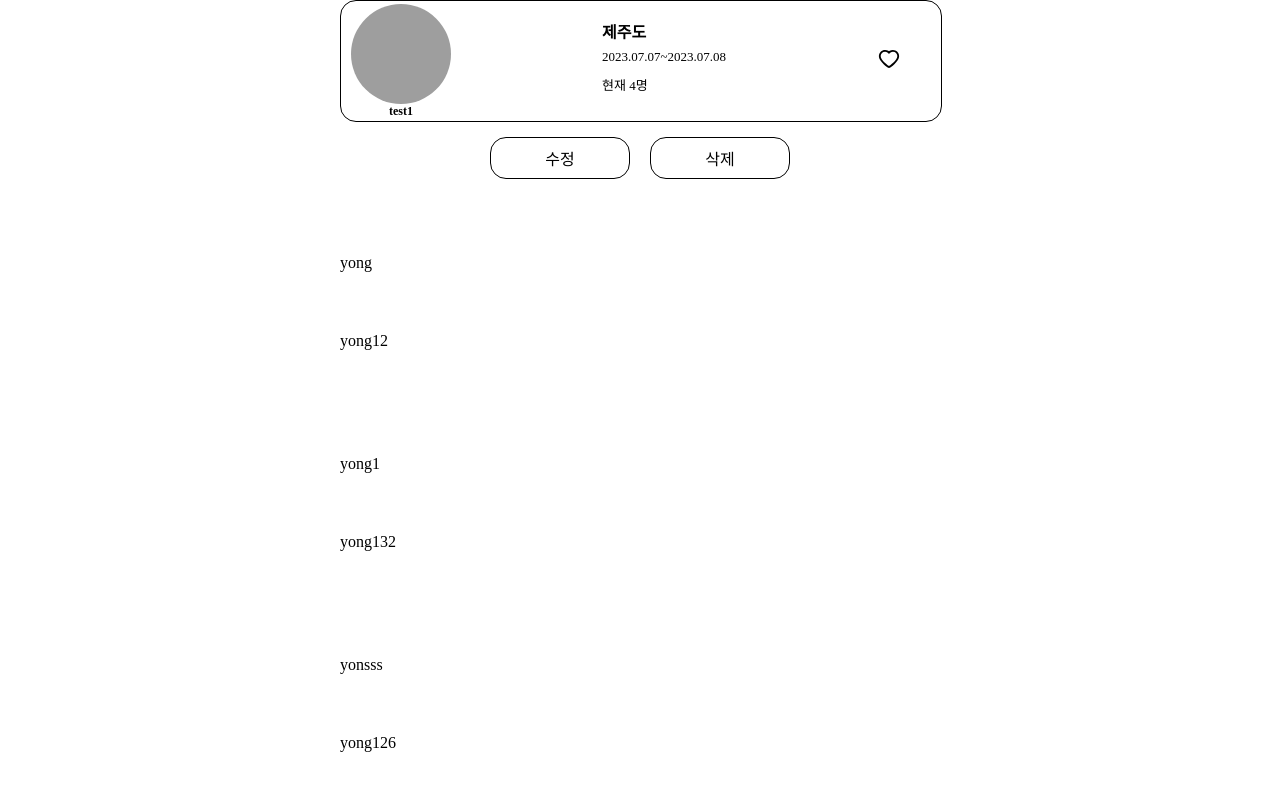
Repository: the-graces/matrip-web
Page: /tripSchedule (app in matrip/)
These files come from the project's save history. The page is drawn as it stood at one moment and after the next save; the edit follows.
The browser window is 1280 px wide. The pictures show the whole page.
Pictures or frames that could not be fetched are drawn as grey boxes. The project was rebuilt for these pictures with package versions that can differ from the ones it lists, and the page was loaded fresh each time. Also part of the build but not shown: matrip/src/pages/Main/mainStyle.tsx, matrip/src/pages/Main/Post.tsx, matrip/src/pages/Main/index.tsx, matrip/src/pages/FriendSearch/friendSearchStyle.tsx, matrip/src/pages/FriendSearch/index.tsx, matrip/src/pages/ItineraryInfo/index.scss, matrip/src/pages/ItineraryInfo/itineraryInfoStyle.tsx, matrip/src/pages/ItineraryInfo/index.tsx and 3 more.

Above is the page before, as saved 2023-07-09 12:51:34.

### matrip/src/App.tsx
import React from "react";
import { BrowserRouter, Route, Routes } from "react-router-dom";
import Main from "./pages/Main";

import FriendSearch from "./pages/FriendSearch";
import ItineraryInfo from "./pages/ItineraryInfo";
import UserProfile from "./pages/UserProfile";

import GlobalFonts from "./styles/fonts";
import TripSchedule from "./pages/TripSchedule";

function App() {
   return (
      <BrowserRouter>
         <GlobalFonts />
         <Routes>
            <Route
               path="/"
               element={<Main />}
            />
            <Route
               path="/friendSearch"
               element={<FriendSearch />}
            />
            <Route
               path="/itineraryInfo"
               element={<ItineraryInfo />}
            />
            <Route
               path="/userProfile"
               element={<UserProfile />}
            />
            <Route
               path="/tripSchedule"
               element={<TripSchedule />}
            />
         </Routes>
      </BrowserRouter>
   );
}

export default App;

### matrip/src/styles/fonts/index.js
import { createGlobalStyle } from "styled-components";
import Prentendard from "./Pretendard-Regular.woff2";

export default createGlobalStyle`
@font-face {
    font-family: "Prentendard";
    src: url(${Prentendard}) fromat("woff2");
}`;

### matrip/src/pages/TripSchedule/index.tsx
import React from "react";
import "./index.scss";

import * as iss from "./TripScheduleStyle";
import * as gs from "../../styles/GlobalStyles";
import "./index.scss";
import { fdata } from "../../data/userdata";
import { postdata } from "../../data/postdata";
import { AiOutlineHeart } from "react-icons/ai";

const TripSchedule: React.FC = () => {
  const post = postdata[0];

  return (
    <gs.MainContainer>
      <iss.MainContainer>
        <iss.postBox key={post.id}>
          <iss.profileBox to={"/userProfile"}>
            <iss.profileImgBox>
              <iss.profileImg src={post.imgurl} alt="유저 프로필" />
            </iss.profileImgBox>
            <iss.Nickname>{post.nick}</iss.Nickname>
          </iss.profileBox>
          <iss.postContent to={"/itineraryInfo"}>
            <iss.postTitle>{post.destination}</iss.postTitle>
            <iss.postPeriod>
              {post.startDate}~{post.endData}
            </iss.postPeriod>
            <iss.postPeriod>현재 {post.personnel}명</iss.postPeriod>
          </iss.postContent>
          <div>
            <iss.LikeBtn>
              <AiOutlineHeart size="24" />
            </iss.LikeBtn>
          </div>
        </iss.postBox>

        <iss.TripSchedulePostButton>
          <iss.TripSchedulePostButtonL>수정</iss.TripSchedulePostButtonL>
          <iss.TripSchedulePostButtonR>삭제</iss.TripSchedulePostButtonR>
        </iss.TripSchedulePostButton>

        {fdata.map((friend, index) => (
          <iss.TripScheduleAppList key={index}>
            <iss.TripScheduleAppList>
              <iss.TripScheduleAppList></iss.TripScheduleAppList>
              <iss.TripScheduleAppList>{friend.nick}</iss.TripScheduleAppList>
            </iss.TripScheduleAppList>
            <iss.TripScheduleAppList>
              <iss.TripScheduleAppList>{friend.id}</iss.TripScheduleAppList>
            </iss.TripScheduleAppList>
          </iss.TripScheduleAppList>
        ))}
      </iss.MainContainer>
    </gs.MainContainer>
  );
};

export default TripSchedule;

### matrip/src/styles/GlobalStyles.tsx
import { styled } from "styled-components";

// 전체 화면 컨테이너
export const MainContainer = styled.div`
   width: 100%;
   display: flex;
   justify-content: center;
   font-family: Pretendard;
`;

// 그 안에 들어갈 내용을 감싸는 컨테이너
export const MainBox = styled.div`
   max-width: 600px;
   width: 100%;
   display: flex;
   flex-direction: column;
   align-items: center;

   @media screen and (min-width: 600px) {
      width: 600px;
   }
`;

### matrip/src/data/userdata.ts
export const fdata = [
    {
      nick: 'yong',
      id: 'yong12',
      imgurl:
        'https://img2.daumcdn.net/thumb/R658x0.q70/?fname=https://t1.daumcdn.net/news/202302/21/spotvnews/20230221133133423kfxy.jpg',
      email : "thegracec@asac.com",
      sex : "female",
      birth : "1995.12.12"
    },
    {
      nick: 'yong1',
      id: 'yong132',
      imgurl:
        'https://img2.daumcdn.net/thumb/R658x0.q70/?fname=https://t1.daumcdn.net/news/202302/21/spotvnews/20230221133133423kfxy.jpg',
      email : "thegracec@asac.com",
      sex : "female",
      birth : "1995.12.12"
    },
    {
      nick: 'yonsss',
      id: 'yong126',
      imgurl:
        'https://img2.daumcdn.net/thumb/R658x0.q70/?fname=https://t1.daumcdn.net/news/202302/21/spotvnews/20230221133133423kfxy.jpg',
      email : "thegracec@asac.com",
      sex : "female",
      birth : "1995.12.12"
    },
  ]

### matrip/src/pages/TripSchedule/TripScheduleStyle.tsx
import { Link } from "react-router-dom";
import { styled } from "styled-components";

export const MainContainer = styled.div`
  max-width: 600px;
  width: 100%;

  @media screen and (min-width: 600px) {
    width: 600px;
  }
`;

export const postBox = styled.div`
  width: 100%;
  height: 120px;
  display: flex;
  align-items: center;
  justify-content: space-between;
  border: solid #000 1px;
  border-radius: 16px;
  /* padding: 30px; */
`;

export const profileBox = styled(Link)`
  padding: 0 10px;
  display: flex;
  flex-direction: column;
  align-items: center;
  color: #000;
  text-decoration: none;
`;
export const profileImgBox = styled.div`
  width: 100px;
  height: 100px;
`;

export const profileImg = styled.img`
  width: 100%;
  height: 100%;
  object-fit: cover;
  border-radius: 50%;
`;

export const Nickname = styled.h4`
  font-size: 12px;
  font-weight: 600;
  margin: 0;
`;

export const postContent = styled(Link)`
  color: #000;
  text-decoration: none;
`;

export const postTitle = styled.div`
  font-size: 16px;
  font-weight: 800;
  margin-bottom: 6px;
`;

export const postPeriod = styled.div`
  font-size: 13px;
  margin-bottom: 10px;

`;

export const LikeBtn = styled.button`
  border: none;
  background: none;
  cursor: pointer;
  padding: 0 10px;
  margin-right: 30px;
`;

export const TripSchedulePostButton = styled.div`
  width: 50%;
  display: flex;
  border-radius: 40px;
  margin: auto;
  margin-top: 15px;
  gap: 20px;
`;

export const TripSchedulePostButtonL = styled.div`
  width: 100%;
  height: 40px;
  display: flex;
  align-items: center;
  justify-content: space-between;
  border: solid #000 1px;
  border-radius: 16px;
  justify-content: center;
`;

export const TripSchedulePostButtonR = styled.div`
  width: 100%;
  height: 40px;
  display: flex;
  align-items: center;
  justify-content: space-between;
  border: solid #000 1px;
  border-radius: 16px;
  justify-content: center;
`;

export const TripScheduleAppList = styled.div`
  width: 100%;
  margin: 15px 0px;

  display: flex;
  flex-direction: column;
`;

### matrip/src/data/postdata.ts
export const postdata = [
  {
    id: "1",
    nick: "test1",
    imgurl:
      "https://img2.daumcdn.net/thumb/R658x0.q70/?fname=https://t1.daumcdn.net/news/202302/21/spotvnews/20230221133133423kfxy.jpg",
    destination: "제주도",
    startDate: "2023.07.07",
    endData: "2023.07.08",
    personnel: 4,
  },
  {
    id: "2",
    nick: "test2",
    imgurl:
      "https://img2.daumcdn.net/thumb/R658x0.q70/?fname=https://t1.daumcdn.net/news/202302/21/spotvnews/20230221133133423kfxy.jpg",
    destination: "제주도",
    startDate: "2023.07.07",
    endData: "2023.07.08",
    personnel: 4,
  },
  {
    id: "3",
    nick: "test3",
    imgurl:
      "https://img2.daumcdn.net/thumb/R658x0.q70/?fname=https://t1.daumcdn.net/news/202302/21/spotvnews/20230221133133423kfxy.jpg",
    destination: "제주도",
    startDate: "2023.07.07",
    endData: "2023.07.08",
    personnel: 4,
  },
  {
    id: "4",
    nick: "test4",
    imgurl:
      "https://img2.daumcdn.net/thumb/R658x0.q70/?fname=https://t1.daumcdn.net/news/202302/21/spotvnews/20230221133133423kfxy.jpg",
    destination: "제주도",
    startDate: "2023.07.07",
    endData: "2023.07.08",
    personnel: 4,
  },
  {
    id: "5",
    nick: "test5",
    imgurl:
      "https://img2.daumcdn.net/thumb/R658x0.q70/?fname=https://t1.daumcdn.net/news/202302/21/spotvnews/20230221133133423kfxy.jpg",
    destination: "제주도",
    startDate: "2023.07.07",
    endData: "2023.07.08",
    personnel: 4,
  },
];

Loaded but not shown: matrip/public/index.html (common file); matrip/src/index.tsx (common file); matrip/src/index.css (common file); matrip/src/reportWebVitals.ts (common file)

After the next save:
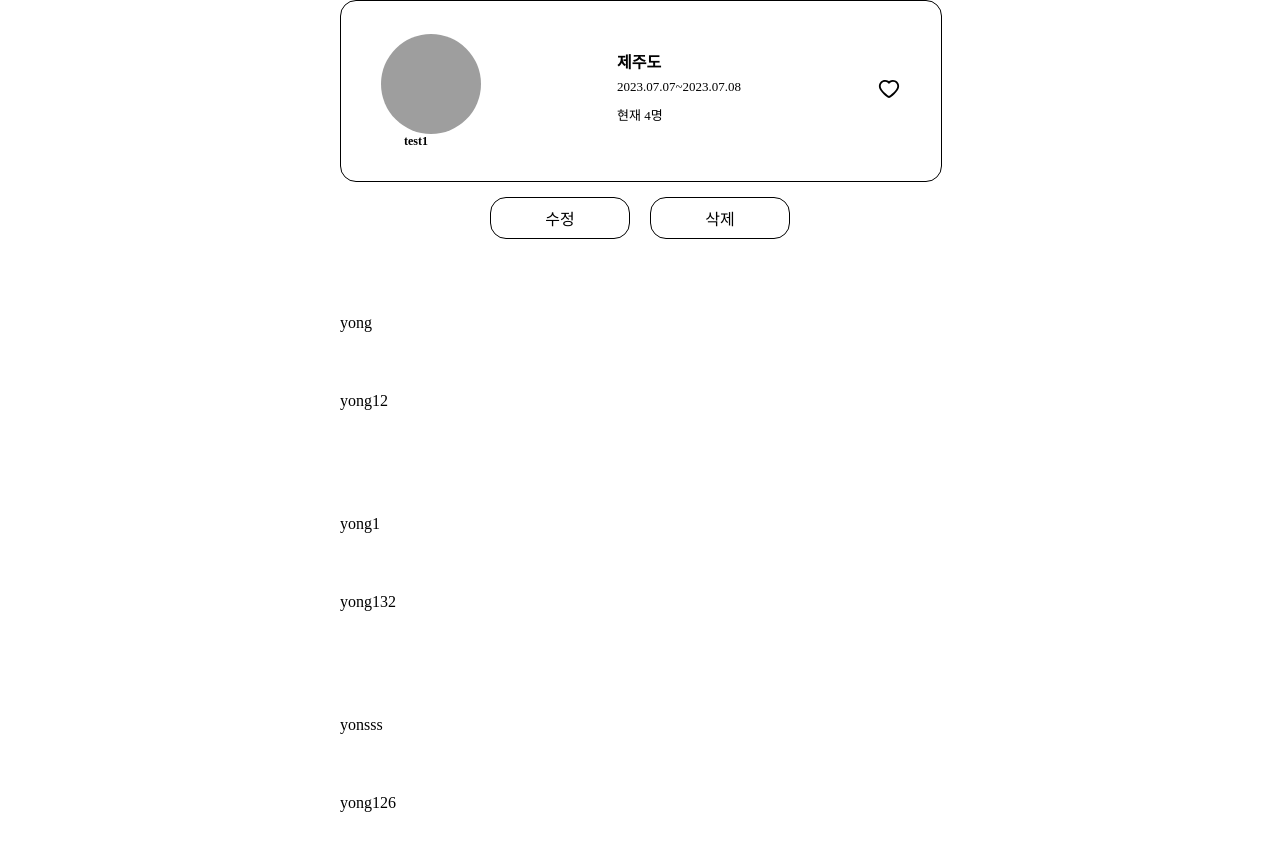
Saved 13 s later.
--- a/matrip/src/pages/TripSchedule/TripScheduleStyle.tsx
+++ b/matrip/src/pages/TripSchedule/TripScheduleStyle.tsx
@@ -12,13 +12,12 @@ export const MainContainer = styled.div`
 
 export const postBox = styled.div`
   width: 100%;
-  height: 120px;
+  height: 180px;
   display: flex;
   align-items: center;
   justify-content: space-between;
   border: solid #000 1px;
   border-radius: 16px;
-  /* padding: 30px; */
 `;
 
 export const profileBox = styled(Link)`
@@ -32,6 +31,7 @@ export const profileBox = styled(Link)`
 export const profileImgBox = styled.div`
   width: 100px;
   height: 100px;
+  margin-left: 30px;
 `;
 
 export const profileImg = styled.img`
